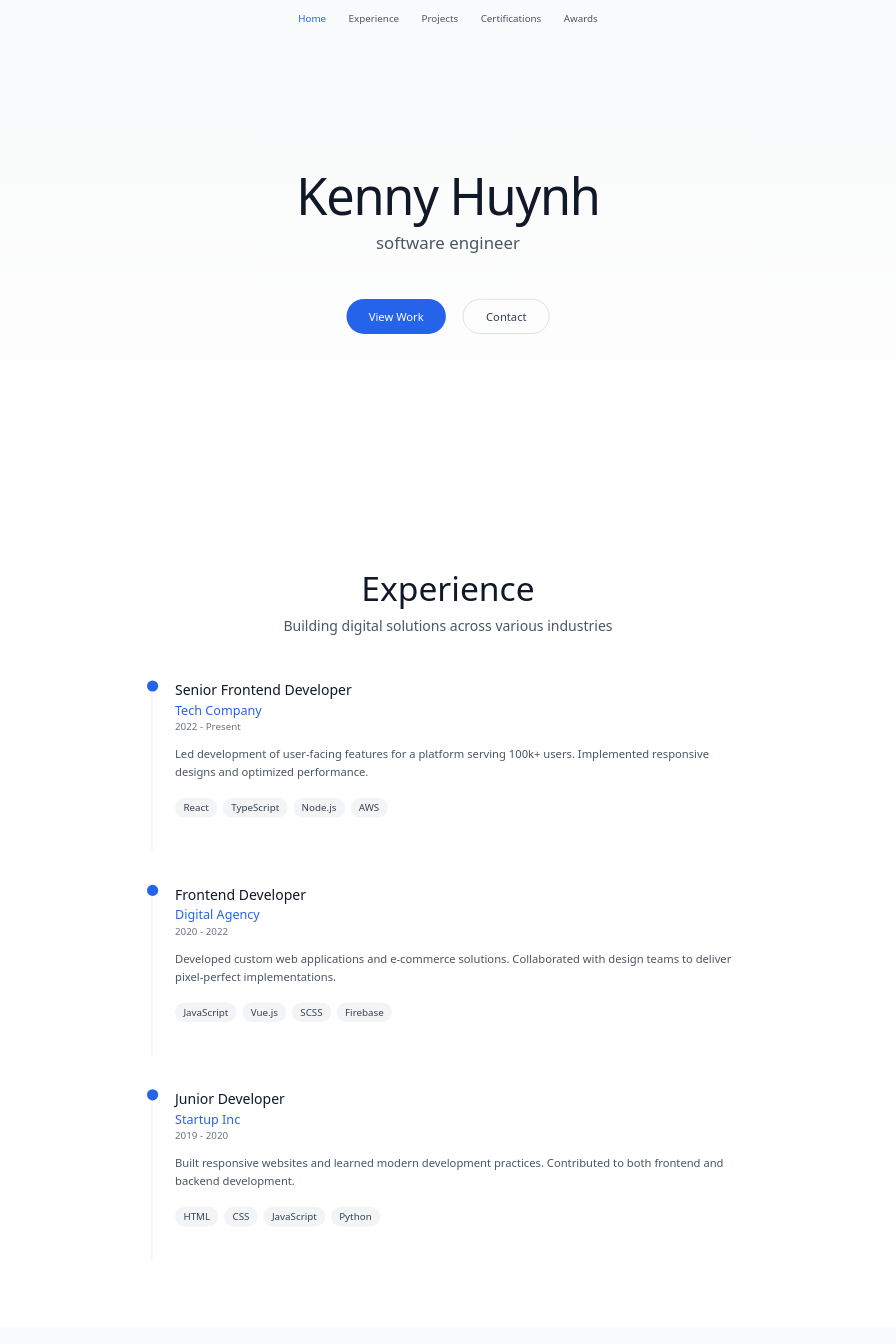
Repository: kennyhuynhhh/kenny_website
Page: /
These files come from the project's save history. The page is drawn as it stood at one moment and after the next save; the edit follows.
The browser window is 1280 px wide. The pictures show the part of the page from y = 0 to 1920 px (the page is 4321 px tall), at 70% of full size.
The project was rebuilt for these pictures with package versions that can differ from the ones it lists, and the page was loaded fresh each time. Also part of the build but not shown: vite.config.ts.

Above is the page before, as saved 2025-07-20 17:01:15.

### index.html
<!doctype html>
<html lang="en">
  <head>
    <meta charset="UTF-8" />
    <!-- <link rel="icon" type="image/svg+xml" href="/vite.svg" /> -->
    <meta name="viewport" content="width=device-width, initial-scale=1.0" />
    <title>Minimalistic Apple-Inspired Portfolio</title>
  </head>
  <body>
    <div id="root"></div>
    <script type="module" src="/src/main.tsx"></script>
  </body>
</html>

### src/App.tsx
import React from 'react';
import Navigation from './components/Navigation';
import Hero from './components/Hero';
import Experience from './components/Experience';
import Projects from './components/Projects';
import Certifications from './components/Certifications';
import Awards from './components/Awards';

function App() {
  return (
    <div className="min-h-screen bg-white">
      <Navigation />
      <Hero />
      <Experience />
      <Projects />
      <Certifications />
      <Awards />
    </div>
  );
}

export default App;

### src/components/Navigation.tsx
import React, { useState, useEffect } from 'react';

const Navigation = () => {
  const [activeSection, setActiveSection] = useState('home');
  const [isScrolled, setIsScrolled] = useState(false);

  const sections = [
    { id: 'home', label: 'Home' },
    { id: 'experience', label: 'Experience' },
    { id: 'projects', label: 'Projects' },
    { id: 'certifications', label: 'Certifications' },
    { id: 'awards', label: 'Awards' },
  ];

  useEffect(() => {
    const handleScroll = () => {
      setIsScrolled(window.scrollY > 50);

      // Update active section based on scroll position
      const sectionElements = sections.map(section =>
        document.getElementById(section.id)
      );

      const currentSection = sectionElements.find(element => {
        if (element) {
          const rect = element.getBoundingClientRect();
          return rect.top <= 100 && rect.bottom >= 100;
        }
        return false;
      });

      if (currentSection) {
        setActiveSection(currentSection.id);
      }
    };

    window.addEventListener('scroll', handleScroll);
    return () => window.removeEventListener('scroll', handleScroll);
  }, []);

  const scrollToSection = (sectionId: string) => {
    const element = document.getElementById(sectionId);
    if (element) {
      element.scrollIntoView({ behavior: 'smooth' });
    }
  };

  return (
    <nav className={`fixed top-0 left-0 right-0 z-50 transition-all duration-300 ${
      isScrolled ? 'bg-white/80 backdrop-blur-md shadow-sm' : 'bg-transparent'
    }`}>
      <div className="max-w-6xl mx-auto px-6 py-4">
        <div className="flex justify-center">
          <div className="flex space-x-8">
            {sections.map((section) => (
              <button
                key={section.id}
                onClick={() => scrollToSection(section.id)}
                className={`text-sm font-medium transition-all duration-200 hover:text-blue-600 ${
                  activeSection === section.id
                    ? 'text-blue-600'
                    : 'text-gray-600'
                }`}
              >
                {section.label}
              </button>
            ))}
          </div>
        </div>
      </div>
    </nav>
  );
};

export default Navigation;

### src/components/Hero.tsx
import React from 'react';

const Hero = () => {
  return (
    <section id="home" className="min-h-screen flex items-center justify-center bg-gradient-to-b from-gray-50 to-white">
      <div className="max-w-4xl mx-auto px-6 text-center">
        <div className="space-y-8">
          <div className="space-y-4">
            <h1 className="text-5xl md:text-7xl font-light text-gray-900 tracking-tight">
              Kenny Huynh
            </h1>
            <p className="text-xl md:text-2xl text-gray-600 font-light max-w-2xl mx-auto">
              software engineer
            </p>
          </div>

          <div className="flex justify-center space-x-6 pt-8">
            <button className="bg-blue-600 text-white px-8 py-3 rounded-full hover:bg-blue-700 transition-colors duration-200 font-medium">
              View Work
            </button>
            <button className="border border-gray-300 text-gray-700 px-8 py-3 rounded-full hover:border-gray-400 transition-colors duration-200 font-medium">
              Contact
            </button>
          </div>
        </div>
      </div>
    </section>
  );
};

export default Hero;

### src/components/Experience.tsx
import React from 'react';

const Experience = () => {
  const experiences = [
    {
      role: "Senior Frontend Developer",
      company: "Tech Company",
      period: "2022 - Present",
      description: "Led development of user-facing features for a platform serving 100k+ users. Implemented responsive designs and optimized performance.",
      technologies: ["React", "TypeScript", "Node.js", "AWS"]
    },
    {
      role: "Frontend Developer",
      company: "Digital Agency",
      period: "2020 - 2022",
      description: "Developed custom web applications and e-commerce solutions. Collaborated with design teams to deliver pixel-perfect implementations.",
      technologies: ["JavaScript", "Vue.js", "SCSS", "Firebase"]
    },
    {
      role: "Junior Developer",
      company: "Startup Inc",
      period: "2019 - 2020",
      description: "Built responsive websites and learned modern development practices. Contributed to both frontend and backend development.",
      technologies: ["HTML", "CSS", "JavaScript", "Python"]
    }
  ];

  return (
    <section id="experience" className="py-24 bg-white">
      <div className="max-w-4xl mx-auto px-6">
        <div className="text-center mb-16">
          <h2 className="text-4xl md:text-5xl font-light text-gray-900 mb-4">
            Experience
          </h2>
          <p className="text-xl text-gray-600 font-light">
            Building digital solutions across various industries
          </p>
        </div>

        <div className="space-y-12">
          {experiences.map((exp, index) => (
            <div key={index} className="group">
              <div className="border-l-2 border-gray-100 pl-8 pb-12 relative">
                <div className="absolute -left-2 top-0 w-4 h-4 bg-blue-600 rounded-full"></div>

                <div className="space-y-4">
                  <div>
                    <h3 className="text-xl font-medium text-gray-900">{exp.role}</h3>
                    <p className="text-lg text-blue-600 font-medium">{exp.company}</p>
                    <p className="text-sm text-gray-500">{exp.period}</p>
                  </div>

                  <p className="text-gray-600 leading-relaxed">
                    {exp.description}
                  </p>

                  <div className="flex flex-wrap gap-2 pt-2">
                    {exp.technologies.map((tech, techIndex) => (
                      <span
                        key={techIndex}
                        className="px-3 py-1 bg-gray-100 text-gray-700 text-sm rounded-full"
                      >
                        {tech}
                      </span>
                    ))}
                  </div>
                </div>
              </div>
            </div>
          ))}
        </div>
      </div>
    </section>
  );
};

export default Experience;

### src/components/Projects.tsx
import React from 'react';
import { ExternalLink, Github } from 'lucide-react';

const Projects = () => {
  const projects = [
    {
      title: "E-Commerce Platform",
      description: "A modern e-commerce solution with real-time inventory management and seamless checkout experience.",
      image: "https://images.pexels.com/photos/230544/pexels-photo-230544.jpeg?auto=compress&cs=tinysrgb&w=800",
      technologies: ["React", "Node.js", "MongoDB", "Stripe"],
      liveUrl: "#",
      githubUrl: "#"
    },
    {
      title: "Dashboard Analytics",
      description: "Interactive dashboard for data visualization with real-time charts and comprehensive reporting features.",
      image: "https://images.pexels.com/photos/590022/pexels-photo-590022.jpeg?auto=compress&cs=tinysrgb&w=800",
      technologies: ["Vue.js", "D3.js", "Express", "PostgreSQL"],
      liveUrl: "#",
      githubUrl: "#"
    },
    {
      title: "Mobile Banking App",
      description: "Secure mobile banking application with biometric authentication and intuitive user interface.",
      image: "https://images.pexels.com/photos/4386321/pexels-photo-4386321.jpeg?auto=compress&cs=tinysrgb&w=800",
      technologies: ["React Native", "Firebase", "Redux", "Expo"],
      liveUrl: "#",
      githubUrl: "#"
    }
  ];

  return (
    <section id="projects" className="py-24 bg-gray-50">
      <div className="max-w-6xl mx-auto px-6">
        <div className="text-center mb-16">
          <h2 className="text-4xl md:text-5xl font-light text-gray-900 mb-4">
            Projects
          </h2>
          <p className="text-xl text-gray-600 font-light">
            Selected works that showcase my development expertise
          </p>
        </div>

        <div className="grid grid-cols-1 md:grid-cols-2 lg:grid-cols-3 gap-8">
          {projects.map((project, index) => (
            <div key={index} className="group bg-white rounded-2xl overflow-hidden shadow-sm hover:shadow-xl transition-all duration-300">
              <div className="aspect-video overflow-hidden">
                <img
                  src={project.image}
                  alt={project.title}
                  className="w-full h-full object-cover group-hover:scale-105 transition-transform duration-300"
                />
              </div>

              <div className="p-6 space-y-4">
                <h3 className="text-xl font-semibold text-gray-900">
                  {project.title}
                </h3>

                <p className="text-gray-600 leading-relaxed">
                  {project.description}
                </p>

                <div className="flex flex-wrap gap-2">
                  {project.technologies.map((tech, techIndex) => (
                    <span
                      key={techIndex}
                      className="px-2 py-1 bg-gray-100 text-gray-700 text-xs rounded-md"
                    >
                      {tech}
                    </span>
                  ))}
                </div>

                <div className="flex space-x-4 pt-2">
                  <a
                    href={project.liveUrl}
                    className="flex items-center space-x-1 text-blue-600 hover:text-blue-700 transition-colors"
                  >
                    <ExternalLink size={16} />
                    <span className="text-sm font-medium">Live Demo</span>
                  </a>
                  <a
                    href={project.githubUrl}
                    className="flex items-center space-x-1 text-gray-600 hover:text-gray-700 transition-colors"
                  >
                    <Github size={16} />
                    <span className="text-sm font-medium">Code</span>
                  </a>
                </div>
              </div>
            </div>
          ))}
        </div>
      </div>
    </section>
  );
};

export default Projects;

### src/components/Certifications.tsx
import React from 'react';
import { Award } from 'lucide-react';

const Certifications = () => {
  const certifications = [
    {
      title: "AWS Certified Solutions Architect",
      issuer: "Amazon Web Services",
      date: "2023",
      credentialId: "AWS-ASA-2023-001"
    },
    {
      title: "Google Cloud Professional Developer",
      issuer: "Google Cloud",
      date: "2022",
      credentialId: "GCP-PD-2022-045"
    },
    {
      title: "Meta Frontend Developer Certificate",
      issuer: "Meta",
      date: "2022",
      credentialId: "META-FE-2022-789"
    },
    {
      title: "Certified Kubernetes Administrator",
      issuer: "Cloud Native Computing Foundation",
      date: "2021",
      credentialId: "CNCF-CKA-2021-567"
    }
  ];

  return (
    <section id="certifications" className="py-24 bg-white">
      <div className="max-w-4xl mx-auto px-6">
        <div className="text-center mb-16">
          <h2 className="text-4xl md:text-5xl font-light text-gray-900 mb-4">
            Certifications
          </h2>
          <p className="text-xl text-gray-600 font-light">
            Professional credentials that validate my expertise
          </p>
        </div>

        <div className="grid grid-cols-1 md:grid-cols-2 gap-6">
          {certifications.map((cert, index) => (
            <div key={index} className="group p-6 border border-gray-200 rounded-xl hover:border-blue-200 hover:shadow-md transition-all duration-200">
              <div className="flex items-start space-x-4">
                <div className="p-2 bg-blue-100 rounded-lg group-hover:bg-blue-200 transition-colors duration-200">
                  <Award size={20} className="text-blue-600" />
                </div>

                <div className="flex-1 space-y-2">
                  <h3 className="font-semibold text-gray-900">
                    {cert.title}
                  </h3>
                  <p className="text-blue-600 font-medium">
                    {cert.issuer}
                  </p>
                  <div className="flex justify-between items-center text-sm text-gray-500">
                    <span>{cert.date}</span>
                    <span className="font-mono">{cert.credentialId}</span>
                  </div>
                </div>
              </div>
            </div>
          ))}
        </div>
      </div>
    </section>
  );
};

export default Certifications;

### src/components/Awards.tsx
import React from 'react';
import { Trophy, Star } from 'lucide-react';

const Awards = () => {
  const awards = [
    {
      title: "Best Innovation Award",
      organization: "Tech Conference 2023",
      description: "Recognized for developing an innovative solution that improved user engagement by 150%",
      year: "2023",
      type: "innovation"
    },
    {
      title: "Employee of the Year",
      organization: "Current Company",
      description: "Outstanding performance and leadership in delivering high-quality projects",
      year: "2022",
      type: "performance"
    },
    {
      title: "Hackathon Winner",
      organization: "Global Developer Challenge",
      description: "First place winner for building a sustainable tech solution in 48 hours",
      year: "2022",
      type: "competition"
    },
    {
      title: "Community Contributor",
      organization: "Open Source Foundation",
      description: "Recognized for significant contributions to open source projects",
      year: "2021",
      type: "community"
    }
  ];

  const getIcon = (type: string) => {
    switch (type) {
      case 'innovation':
        return <Star size={20} className="text-yellow-600" />;
      case 'competition':
        return <Trophy size={20} className="text-blue-600" />;
      default:
        return <Trophy size={20} className="text-green-600" />;
    }
  };

  const getIconBg = (type: string) => {
    switch (type) {
      case 'innovation':
        return 'bg-yellow-100 group-hover:bg-yellow-200';
      case 'competition':
        return 'bg-blue-100 group-hover:bg-blue-200';
      default:
        return 'bg-green-100 group-hover:bg-green-200';
    }
  };

  return (
    <section id="awards" className="py-24 bg-gray-50">
      <div className="max-w-4xl mx-auto px-6">
        <div className="text-center mb-16">
          <h2 className="text-4xl md:text-5xl font-light text-gray-900 mb-4">
            Awards
          </h2>
          <p className="text-xl text-gray-600 font-light">
            Recognition for excellence and innovation in technology
          </p>
        </div>

        <div className="space-y-6">
          {awards.map((award, index) => (
            <div key={index} className="group bg-white p-6 rounded-xl shadow-sm hover:shadow-md transition-all duration-200">
              <div className="flex items-start space-x-4">
                <div className={`p-3 rounded-lg transition-colors duration-200 ${getIconBg(award.type)}`}>
                  {getIcon(award.type)}
                </div>

                <div className="flex-1 space-y-2">
                  <div className="flex justify-between items-start">
                    <h3 className="text-xl font-semibold text-gray-900">
                      {award.title}
                    </h3>
                    <span className="text-sm font-medium text-gray-500 bg-gray-100 px-3 py-1 rounded-full">
                      {award.year}
                    </span>
                  </div>

                  <p className="text-blue-600 font-medium">
                    {award.organization}
                  </p>

                  <p className="text-gray-600 leading-relaxed">
                    {award.description}
                  </p>
                </div>
              </div>
            </div>
          ))}
        </div>
      </div>
    </section>
  );
};

export default Awards;

Loaded but not shown: src/main.tsx (common file); src/index.css (common file); tailwind.config.js (common file)

After the next save:
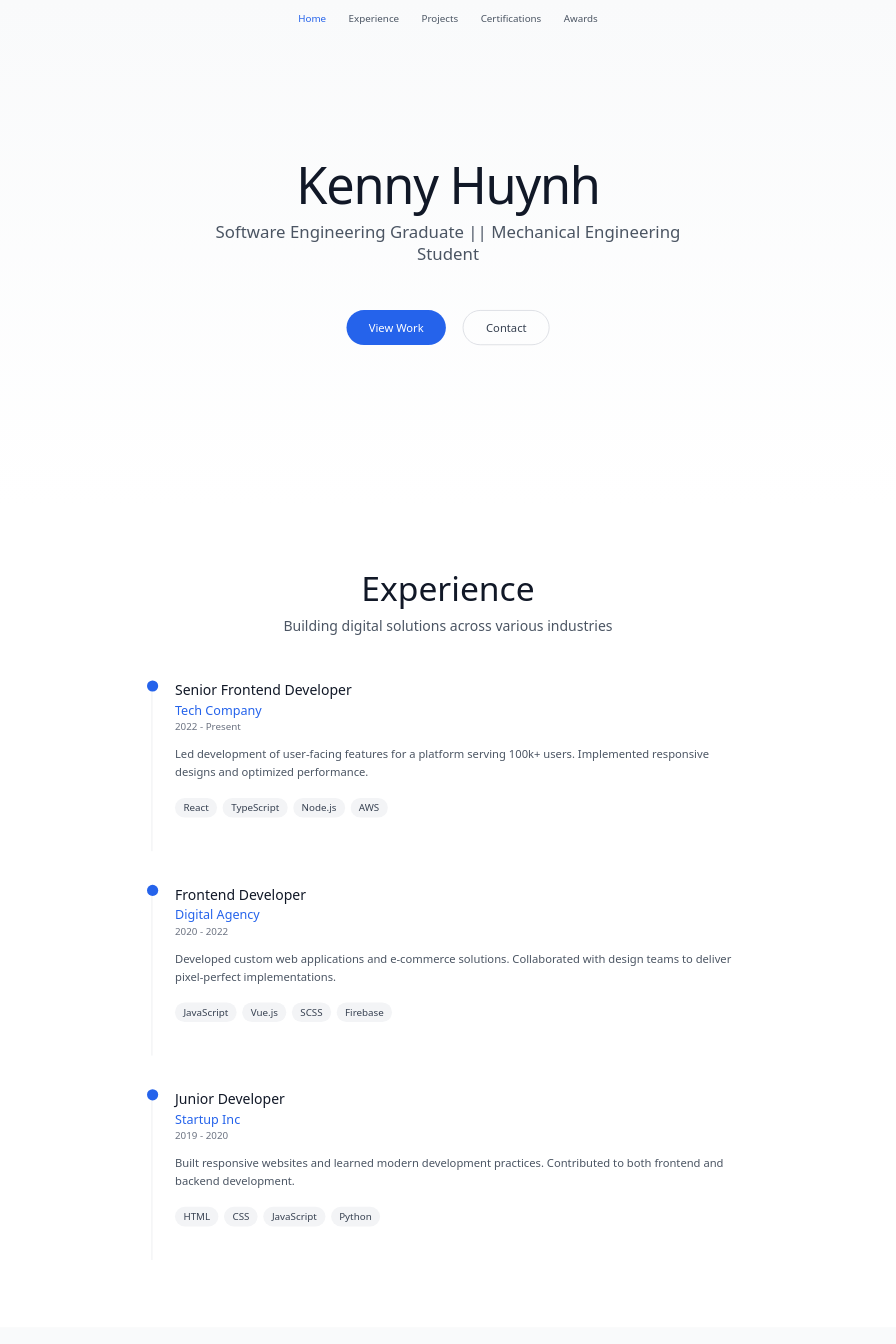
Saved 26 s later.
--- a/src/components/Hero.tsx
+++ b/src/components/Hero.tsx
@@ -10,7 +10,7 @@ const Hero = () => {
               Kenny Huynh
             </h1>
             <p className="text-xl md:text-2xl text-gray-600 font-light max-w-2xl mx-auto">
-              software engineer
+              Software Engineering Graduate || Mechanical Engineering Student
             </p>
           </div>
 
